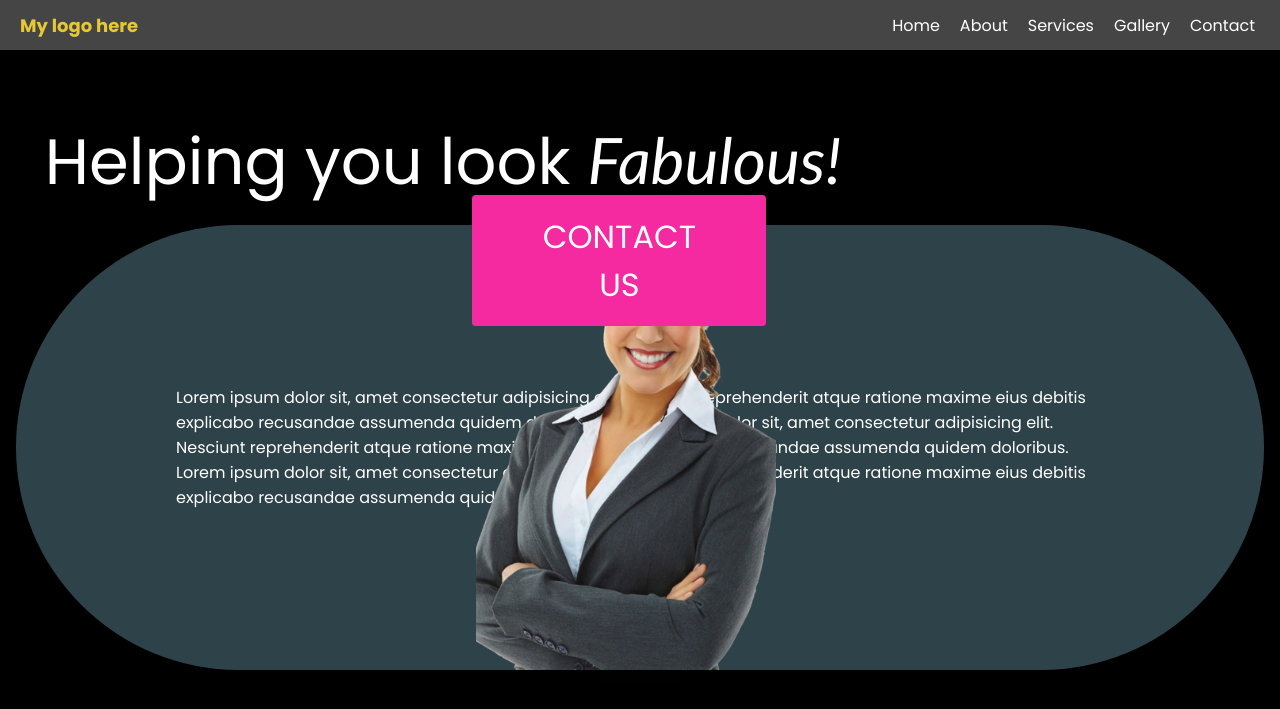
Repository: buzzedison/gardens
Page: index.html
An editor plug-in stored every save of this project. The page is shown before and after the next save, followed by the edit.
The browser window is 1280 px wide. The pictures show the whole page.

Above is the page before, as saved 2022-01-12 20:32:16.

After the next save:
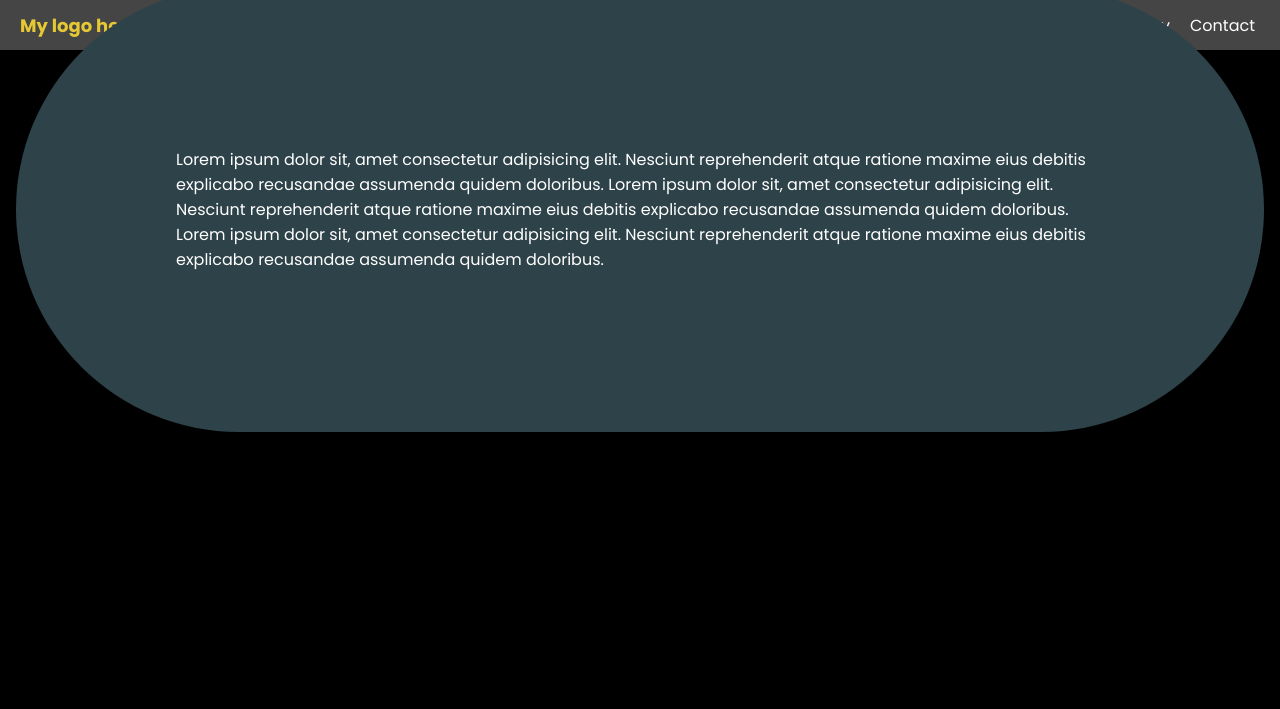
Saved 15 s later.
--- a/css/styles.css
+++ b/css/styles.css
@@ -181,7 +181,7 @@ ul li:hover {
 
 .gridb{
 
-  position:static;
+  position:fixed;
 
 }
 
